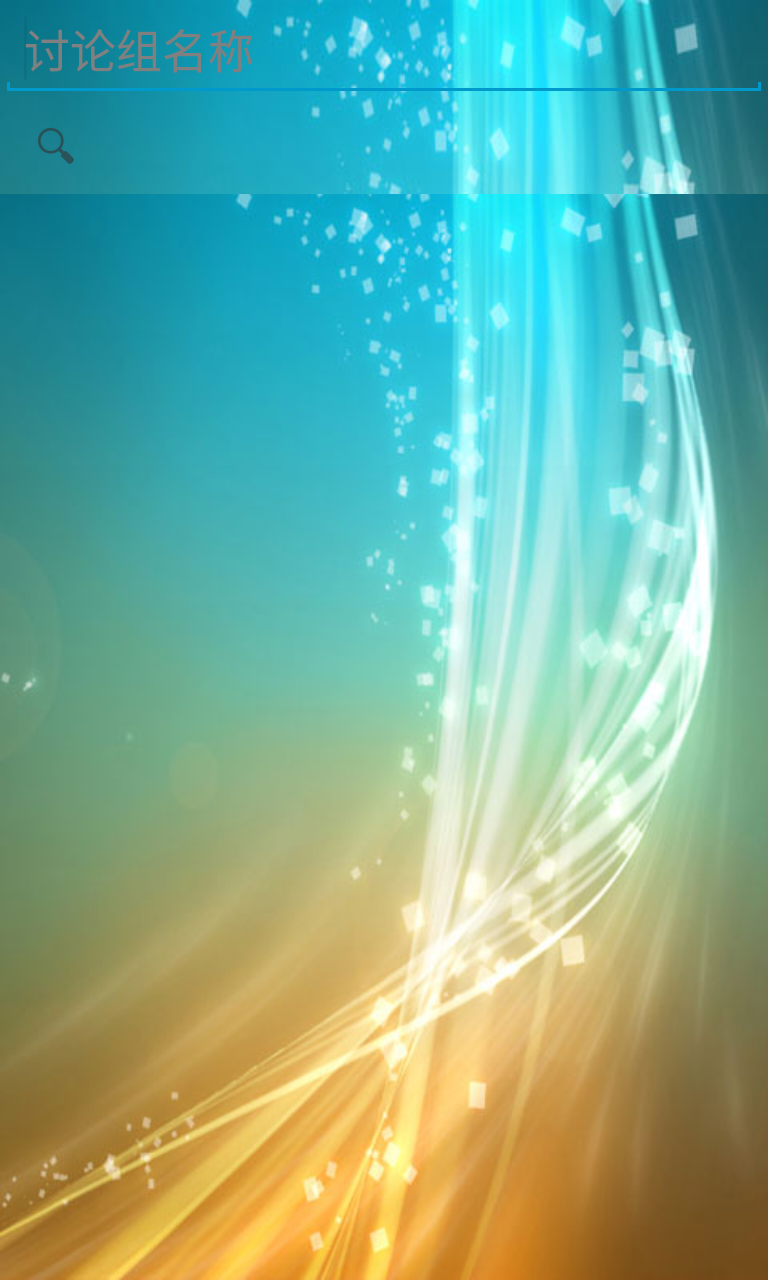
Repository: aojue/HappyAA
Layout: HappyAA/res/layout/creat_tell.xml
An editor plug-in stored every save of this project. The layout is shown before and after the next save, followed by the edit.
It is drawn on a 768 x 1280 px phone screen (xhdpi) without system bars, with theme AppTheme; the app's code is not run. Lists and similar views that code fills are empty.

Above is the layout before, as saved 2014-10-26 02:54:29.

### HappyAA/res/layout/creat_tell.xml
<?xml version="1.0" encoding="utf-8"?>

    <LinearLayout xmlns:android="http://schemas.android.com/apk/res/android"
        xmlns:tools="http://schemas.android.com/tools"
        android:id="@+id/Linearlayout2"
        android:layout_width="match_parent"
        android:layout_height="wrap_content"
        android:orientation="vertical"
        tools:context=".CreatTell"
    	android:background="@drawable/ic_lb_a">

        <EditText
            android:id="@+id/editText1"
            android:layout_width="match_parent"
            android:layout_height="wrap_content"
            android:ems="10"
            android:hint="讨论组名称"
            android:inputType="text"
            android:textSize="23sp"
            android:layout_gravity="center_vertical">

            <requestFocus />
        </EditText>

        <SearchView
            android:id="@+id/searchView1"
            android:layout_width="wrap_content"
            android:layout_height="wrap_content">
        </SearchView>

        <ListView
                android:id="@+id/ls_people"
                android:layout_width="match_parent"
                android:layout_height="fill_parent"
                android:layout_weight="1"
                android:cacheColorHint="#00000000"
        		android:dividerHeight="0dp"
        		android:focusableInTouchMode="true"
        		android:background="@drawable/ic_lb_a"
        		android:layout_marginBottom="0dp">
            </ListView>

    </LinearLayout>

Loaded but not shown: HappyAA/res/values/styles.xml (common file); HappyAA/res/values-v11/styles.xml (common file); HappyAA/res/values-v14/styles.xml (common file)

After the next save:
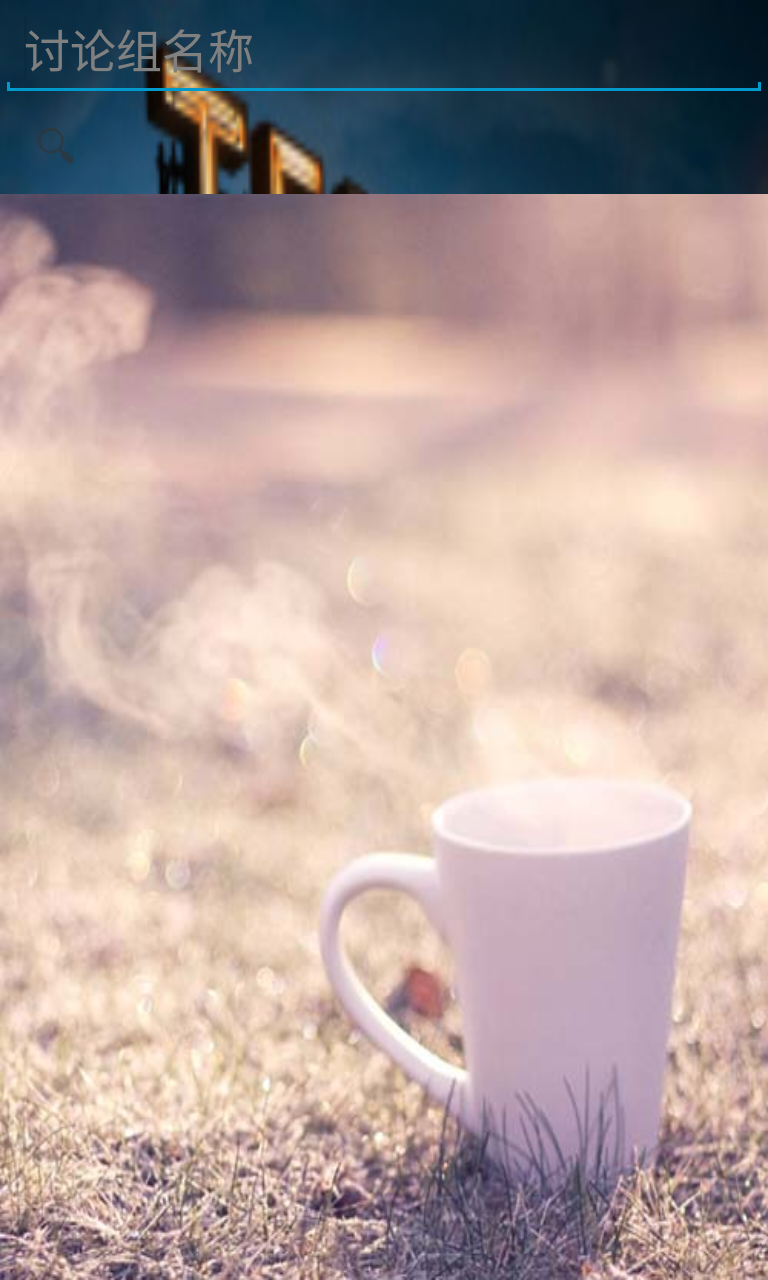
Saved 80 s later.
--- a/HappyAA/res/layout/creat_tell.xml
+++ b/HappyAA/res/layout/creat_tell.xml
@@ -7,7 +7,7 @@
         android:layout_height="wrap_content"
         android:orientation="vertical"
         tools:context=".CreatTell"
-    	android:background="@drawable/ic_lb_a">
+    	android:background="@drawable/ic_lb_d">
 
         <EditText
             android:id="@+id/editText1"
@@ -36,7 +36,7 @@
                 android:cacheColorHint="#00000000"
         		android:dividerHeight="0dp"
         		android:focusableInTouchMode="true"
-        		android:background="@drawable/ic_lb_a"
+        		android:background="@drawable/ic_lb_c"
         		android:layout_marginBottom="0dp">
             </ListView>
 
